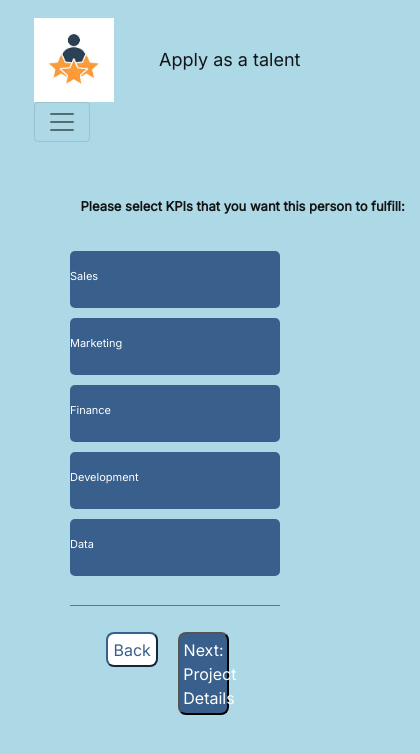
Repository: Ashwe9/talent-hire-reactJs
Page: /kpis
An editor plug-in stored every save of this project. The page is shown before and after the next save, followed by the edit.
The browser window is 350 px wide. The page is 420 px wide, so the pictures cover 420 px, including what lies to the right of the window. The pictures show the whole page.
The project was rebuilt for these pictures with package versions that can differ from the ones it lists, and the page was loaded fresh each time. A package was used in the major version that the imports need, not the one package.json lists. Also part of the build but not shown: src/homePage/components/TrustedBy/TrustedBy.css, src/homePage/components/TrustedBy/TrustedBy.js, src/homePage/components/Roles/Roles.css, src/homePage/components/Roles/Roles.js, src/homePage/components/homePageFooter/HomePageFooter.css, src/homePage/components/homePageFooter/HomePageFooter.js, src/homePage/HomePage.js, src/kpisPage/Talents.css and 2 more.

Above is the page before, as saved 2022-08-18 18:09:14.

After the next save:
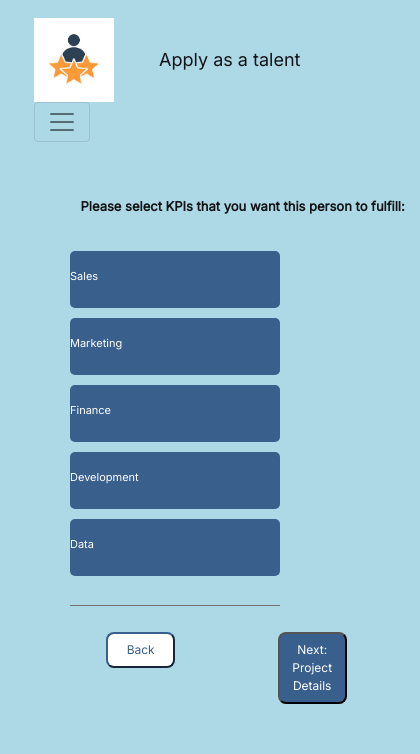
Saved 50 s later.
--- a/src/shared-components/Footer/Footer.css
+++ b/src/shared-components/Footer/Footer.css
@@ -39,3 +39,20 @@
     margin-left: 20px;
     color: white;
 }
+
+@media only screen and (max-width: 350px) {
+    .Footer-button-next{
+        padding: 2% ;
+        height: 10%;
+        width: 40%;
+        margin-left: 30%;
+        font-size: 12px;
+    }
+    .Footer-button-back{
+        padding: 2% ;
+        height: 10%;
+        width: 40%;
+        margin-left: 30%;
+        font-size: 12px;
+    }
+}
